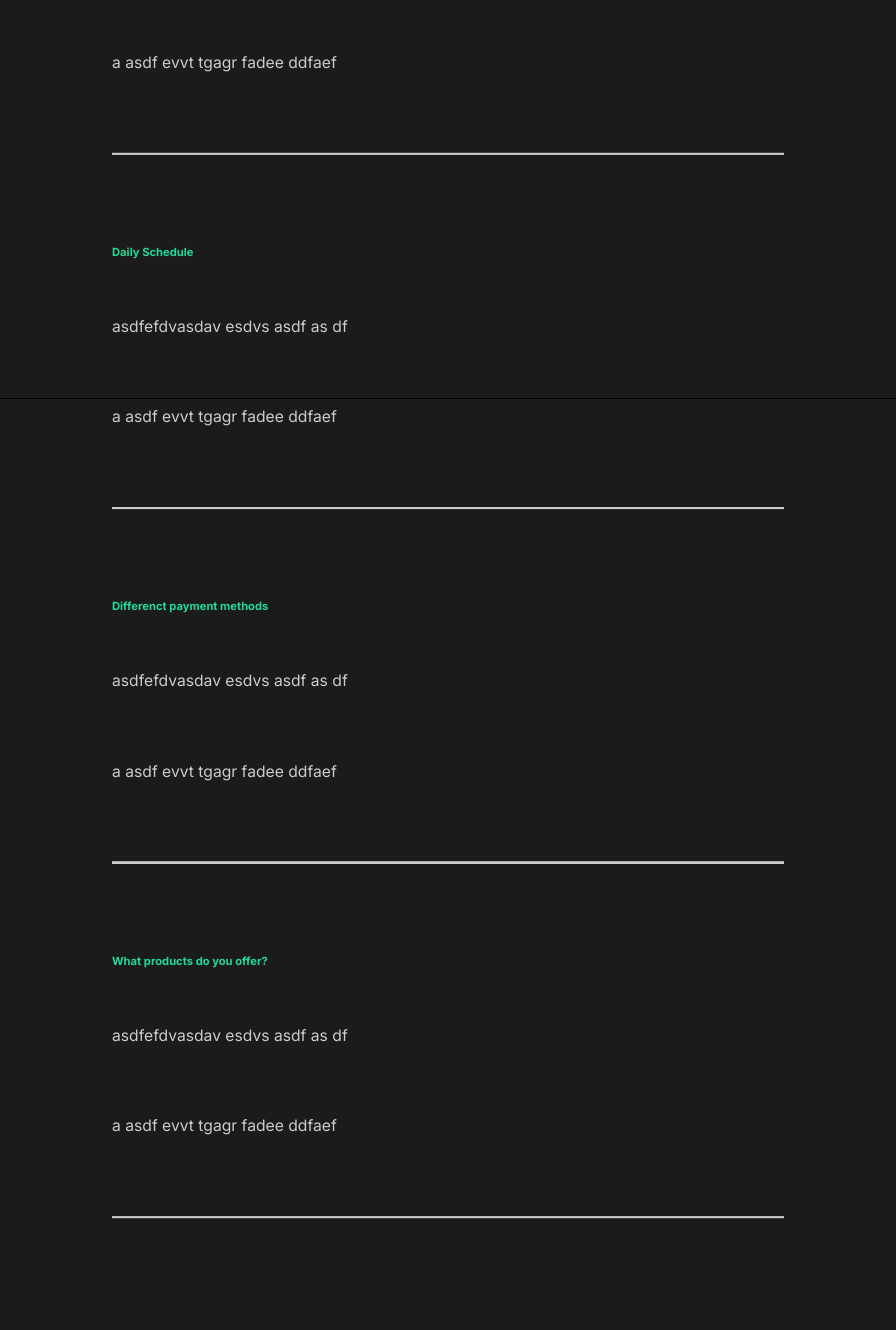
Repository: programmingwithlevi/capture
Page: /
These files come from the project's save history. The page is drawn as it stood at one moment and after the next save; the edit follows.
The browser window is 1280 px wide. The pictures show the part of the page from y = 2336 to 4256 px (the page is 4236 px tall before and 4256 px after), at 70% of full size.
The project was rebuilt for these pictures with package versions that can differ from the ones it lists, and the page was loaded fresh each time. Also part of the build but not shown: src/pages/ContactUs.js, src/pages/OurWork.js, src/movieState.js, src/pages/movieDetail.js.

Above is the page before, as saved 2021-12-11 11:33:14.

After the next save:
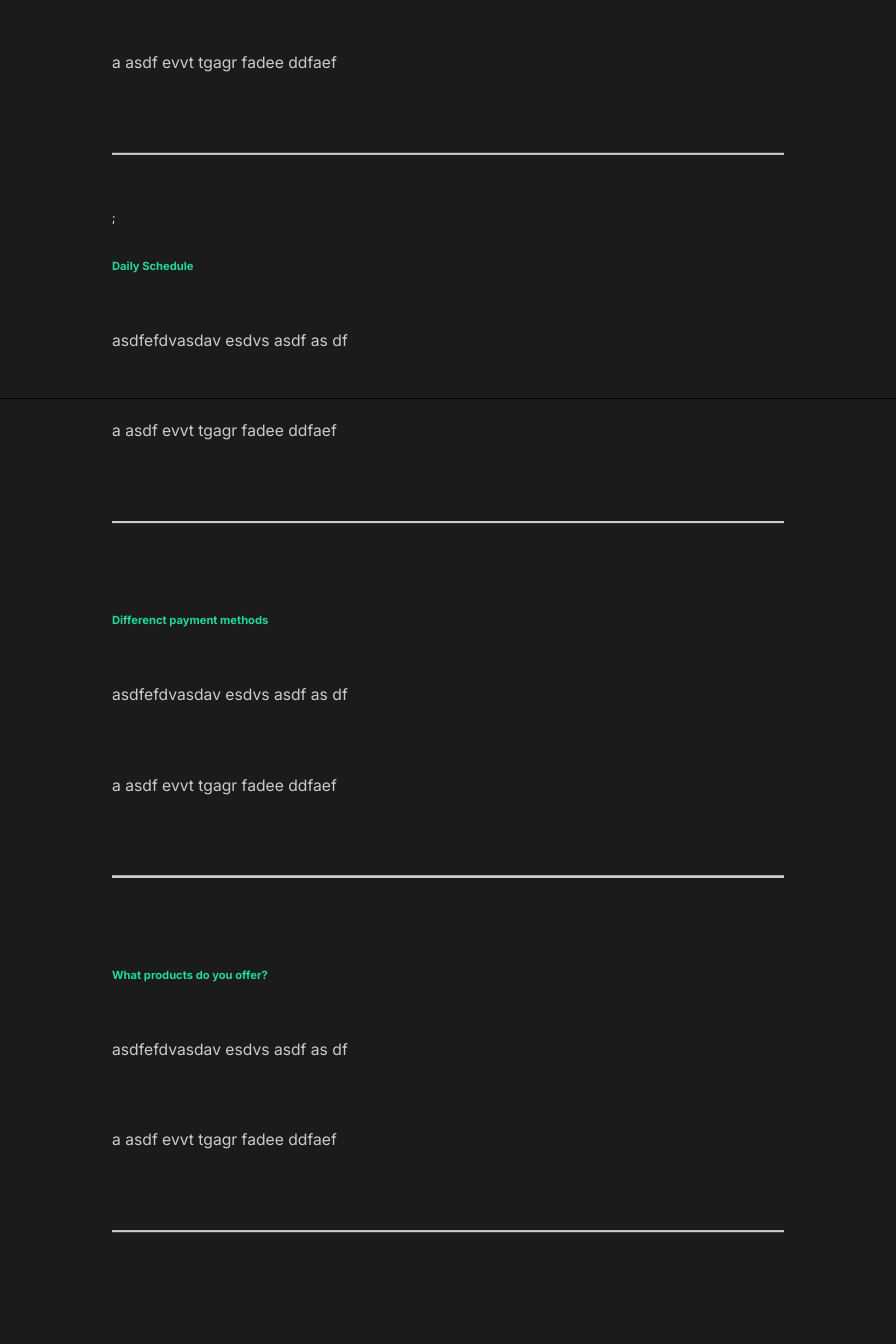
Saved 7 min 56 s later.
--- a/src/components/Toggle.js
+++ b/src/components/Toggle.js
@@ -4,7 +4,7 @@
     const [toggle,setToggle] = useState(true);
     return(
         <div onClick={() => setToggle(!toggle)}>
-            {toggle ? children : ""}
+            {toggle?children:""};
         </div>
     )
 }

After the save that followed:
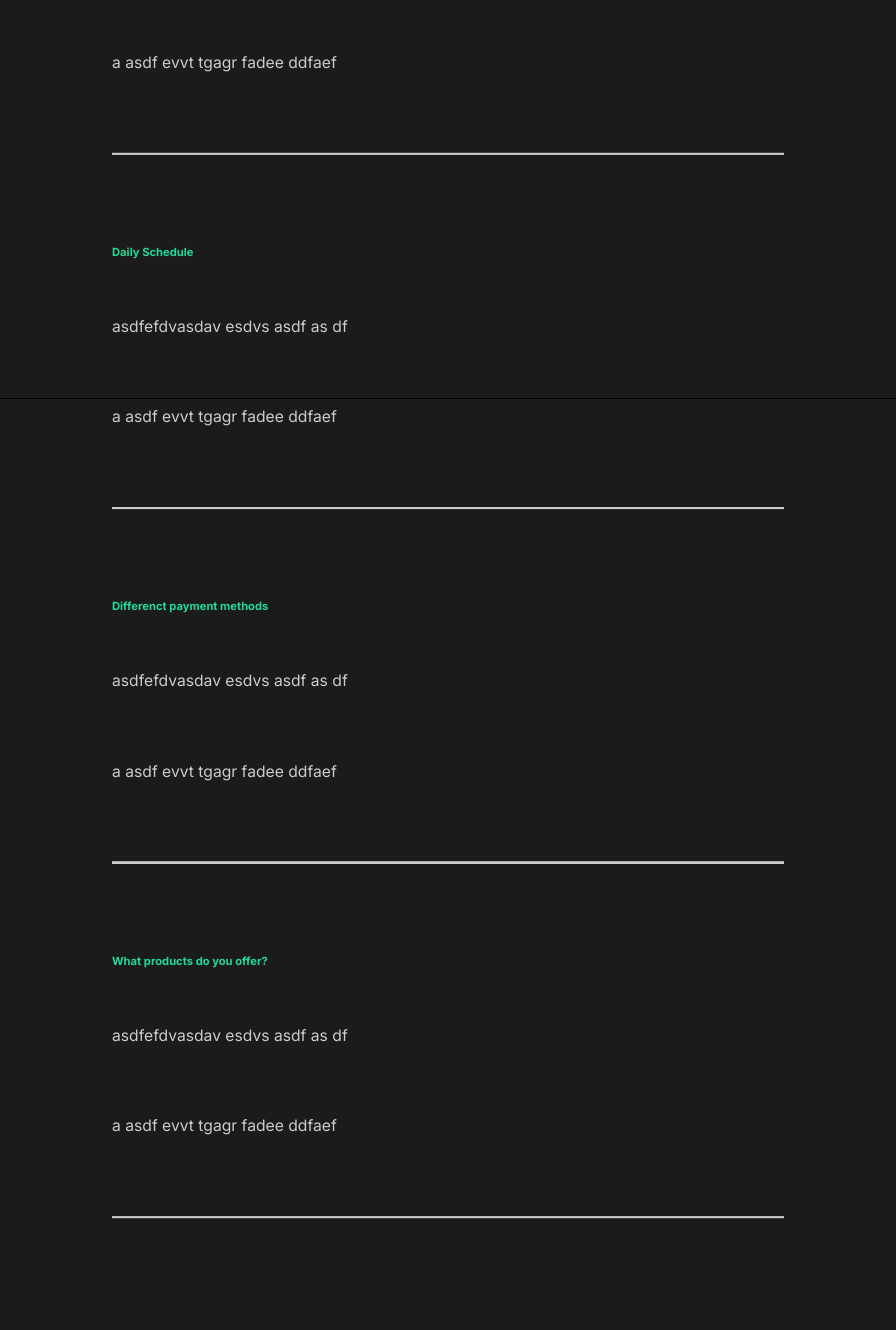
Saved 16 s later.
--- a/src/components/Toggle.js
+++ b/src/components/Toggle.js
@@ -4,7 +4,7 @@
     const [toggle,setToggle] = useState(true);
     return(
         <div onClick={() => setToggle(!toggle)}>
-            {toggle?children:""};
+            {toggle?children:""}
         </div>
     )
 }
